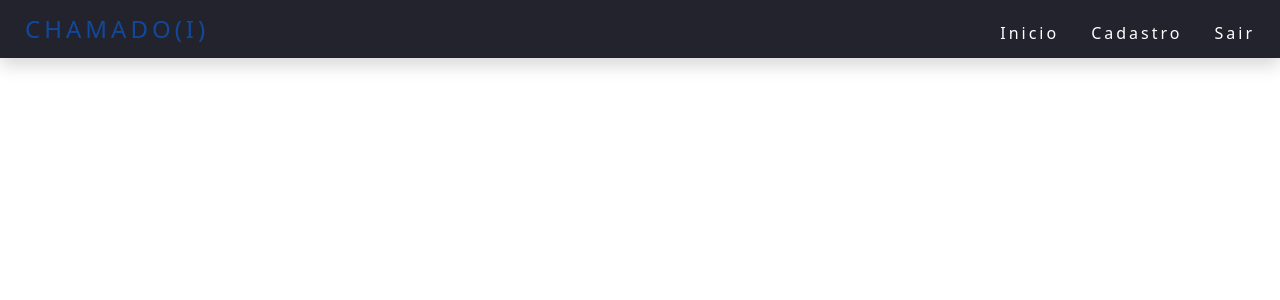
Repository: isaquemc2001/isaque-utilities
Page: index.html
The author's editor kept a copy of each file at every save. The page is drawn from the files as they stood at one save, then again after the next save.
The browser window is 1280 px wide. The pictures show the whole page.

Above is the page before, as saved 2021-10-28 11:49:09.

### index.html
<!DOCTYPE html>
<html lang="pt-br">

<head>
    <meta charset="UTF-8">
    <meta http-equiv="X-UA-Compatible" content="IE=edge">
    <meta name="viewport" content="width=device-width, initial-scale=1.0">
    <title>Chamado</title>
    <script src="https://cdn.jsdelivr.net/npm/bootstrap@5.0.2/dist/js/bootstrap.bundle.min.js"
        integrity="sha384-MrcW6ZMFYlzcLA8Nl+NtUVF0sA7MsXsP1UyJoMp4YLEuNSfAP+JcXn/tWtIaxVXM"
        crossorigin="anonymous"></script>
    <link href="https://cdn.jsdelivr.net/npm/bootstrap@5.0.2/dist/css/bootstrap.min.css" rel="stylesheet"
        integrity="sha384-EVSTQN3/azprG1Anm3QDgpJLIm9Nao0Yz1ztcQTwFspd3yD65VohhpuuCOmLASjC" crossorigin="anonymous">
    <link rel="stylesheet" href="style.css">
</head>

<body>

    <header>
        <nav class="shadow">
            <a class="logo" href="#">Chamado(i)</a>
            <div class="mobile-menu">
                <div class="line1"></div>
                <div class="line2"></div>
                <div class="line3"></div>
            </div>
            <ul class="nav-list">
                <li><a href="#">Inicio</a></li>
                <li><a href="#">Cadastro</a></li>
                <li><a href="#">Sair</a></li>
            </ul>
        </nav>
    </header>



    <script src="mobile_navbar.js"></script>

</body>

</html>

### style.css
* {
    margin: 0;
    padding: 0;
}

a {
    color: #FFFFFF;
    text-decoration: none;
    transition: 0.3s;
}

a:hover {
    opacity: 0.7;
}

.logo {
    font-size: 24px;
    text-transform: uppercase;
    letter-spacing: 4px;
    padding: 25px;
}

nav {
    display: flex;
    justify-content: space-between;
    align-items: center;
    font-family: system-ui, -apple-system, Helvetica, Arial, sans-serif;
    background: #23232e;
    height: 8vh;
}

main {
    background: url("bg.jpg") no-repeat center center;
    background-size: cover;
    height: 92vh;
}

.nav-list {
    list-style: none;
    display: flex;
    padding: 25px;
    margin-top: 25px;
}

.nav-list li {
    letter-spacing: 3px;
    margin-left: 32px;
}

.mobile-menu {
    display: none;
    cursor: pointer;
}

.mobile-menu div {
    width: 32px;
    height: 2px;
    background: #fff;
    margin: 8px;
    transition: 0.3s;
}

@media (max-width: 999px) {
    body {
        overflow-x: hidden;
    }
    .nav-list {
        position: absolute;
        top: 8vh;
        right: 0;
        width: 50vw;
        height: 92vh;
        background: #23232e;
        flex-direction: column;
        align-items: center;
        transform: translate(100%);
        transition: transform 0.3s ease-in;
    }
    .nav-list li {
        margin-left: 0;
        opacity: 0;
        letter-spacing: 3px;
        margin-top: 32px;
    }
    .mobile-menu {
        display: block;
        padding: 25px;
    }
}

.nav-list.active {
    transform: translateX(0);
}

@keyframes navLinkFade {
    from {
        opacity: 0;
        transform: translateX(50px);
    }

    to {
        opacity: 1;
        transform: translateX(0);
    }
}

.mobile-menu.active .line1 {
    transform: rotate(-45deg) translate(-8px, 8px);
}

.mobile-menu.active .line2 {
    opacity: 0;
}

.mobile-menu.active .line3 {
    transform: rotate(45deg) translate(-6px, -6px);
}

### mobile_navbar.js
class MobileNavbar {
    constructor(mobileMenu, navList, navLinks) {
        this.mobileMenu = document.querySelector(mobileMenu);
        this.navList = document.querySelector(navList);
        this.navLinks = document.querySelectorAll(navLinks);
        this.activeClass = "active";

        this.handleClick = this.handleClick.bind(this);
    }

    animateLinks() {
        this.navLinks.forEach((link, index) => {
            link.style.animation
            ? (link.style.animation = "")
            : (link.style.animation = 'navLinkFade 0.5s ease forwards 0.3s');
        });
    }

    handleClick() {
        this.navList.classList.toggle(this.activeClass);
        this.mobileMenu.classList.toggle(this.activeClass);
        this.animateLinks();
    }

    addClickEvent() {
        this.mobileMenu.addEventListener("click", this.handleClick);
    }

    init() {
        if (this.mobileMenu) {
            this.addClickEvent();
        }
        return this;
    }
}

const mobileNavbar = new MobileNavbar(
    ".mobile-menu",
    ".nav-list",
    ".nav-list li",
);

mobileNavbar.init();

After the next save:
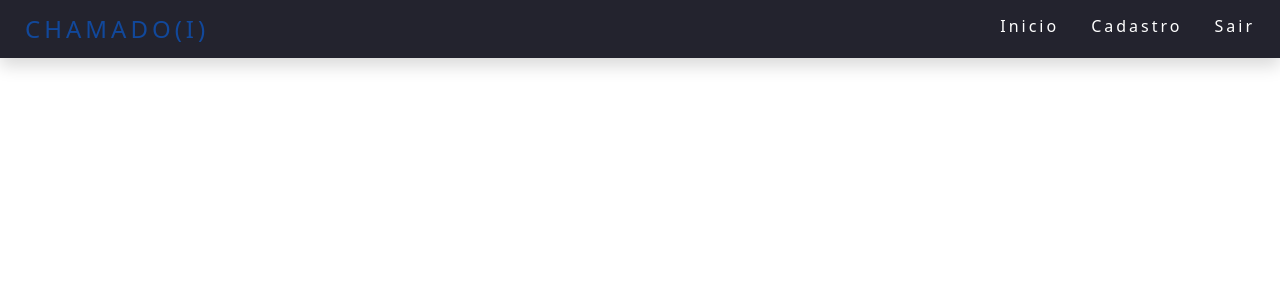
Saved 6 s later.
--- a/style.css
+++ b/style.css
@@ -39,7 +39,7 @@ main {
     list-style: none;
     display: flex;
     padding: 25px;
-    margin-top: 25px;
+    margin-top: 10px;
 }
 
 .nav-list li {
